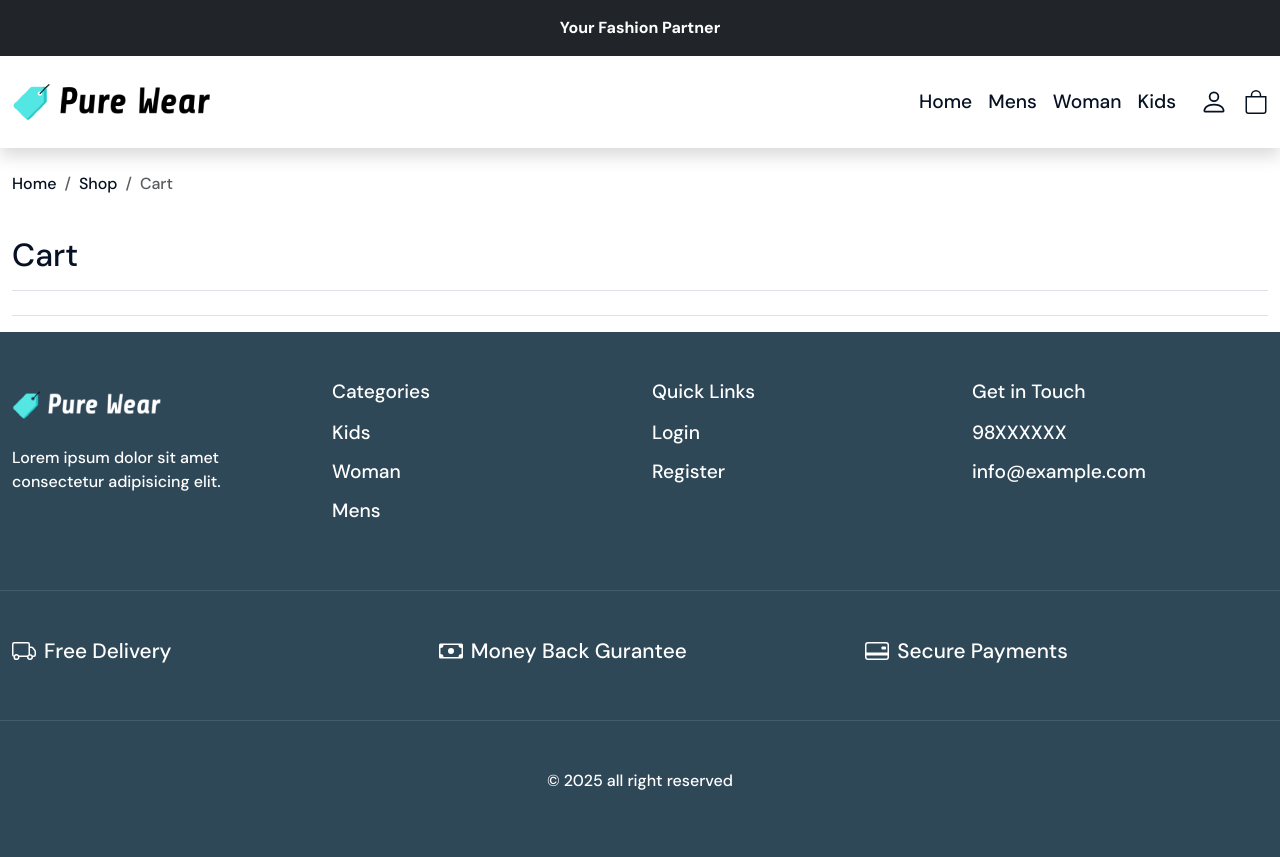
Repository: rajendratamang/react_ecommerce
Page: /cart
These files come from the project's save history. The page is drawn as it stood at one moment and after the next save; the edit follows.
The browser window is 1280 px wide. The pictures show the whole page.
The project was rebuilt for these pictures with package versions that can differ from the ones it lists, and the page was loaded fresh each time. Also part of the build but not shown: vite.config.js, src/components/common/LatestProduct.jsx, src/components/common/FeaturedProducts.jsx, src/components/Home.jsx, src/components/Shop.jsx, src/components/Product.jsx.

Above is the page before, as saved 2025-11-06 14:48:06.

After the next save:
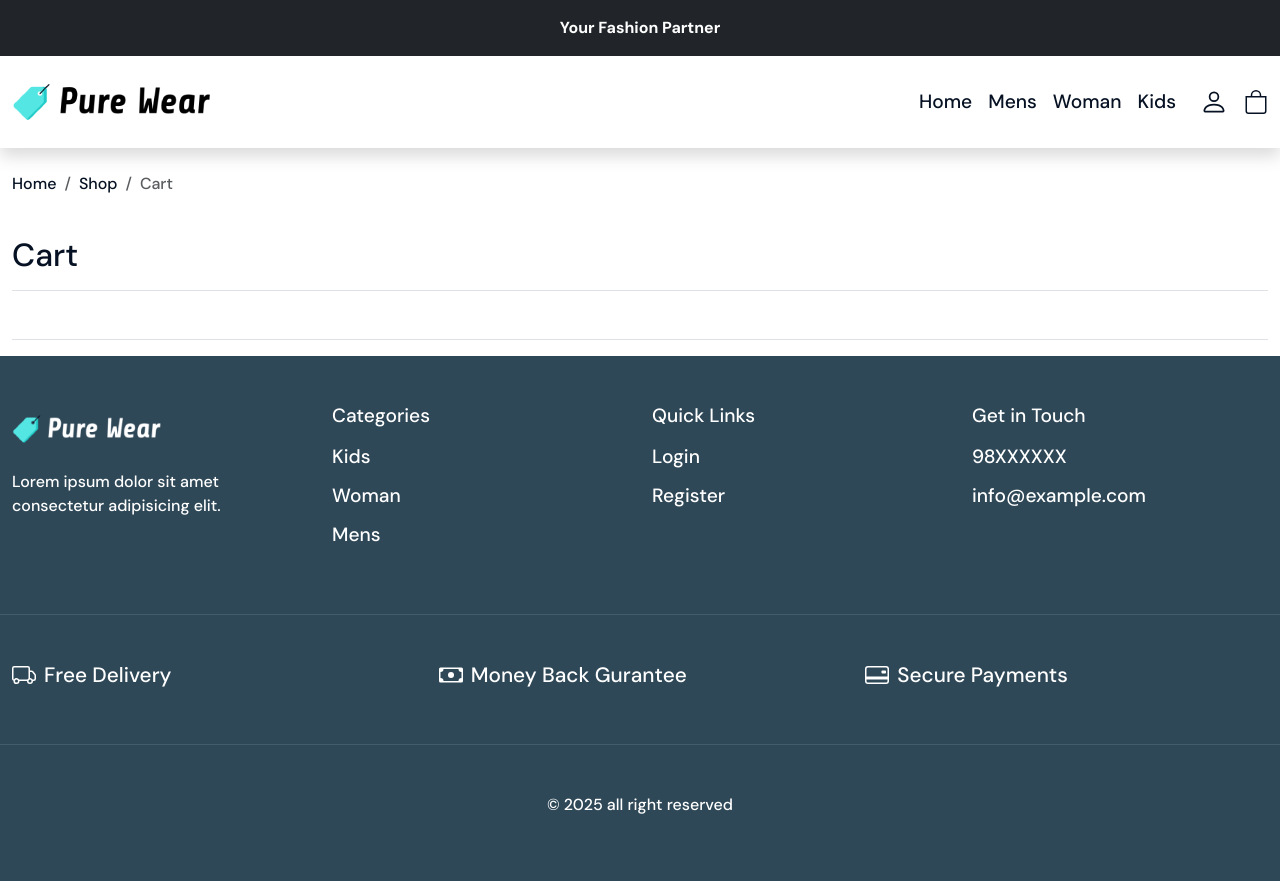
Saved 6 s later.
--- a/src/components/Cart.jsx
+++ b/src/components/Cart.jsx
@@ -24,7 +24,7 @@ const Cart = () => {
                         <table className='table'>
                             <tbody>
                                 <tr>
-                                    <td></td>
+                                    <td><img src="" alt="" /></td>
                                     <td></td>
                                     <td></td>
                                 </tr>
